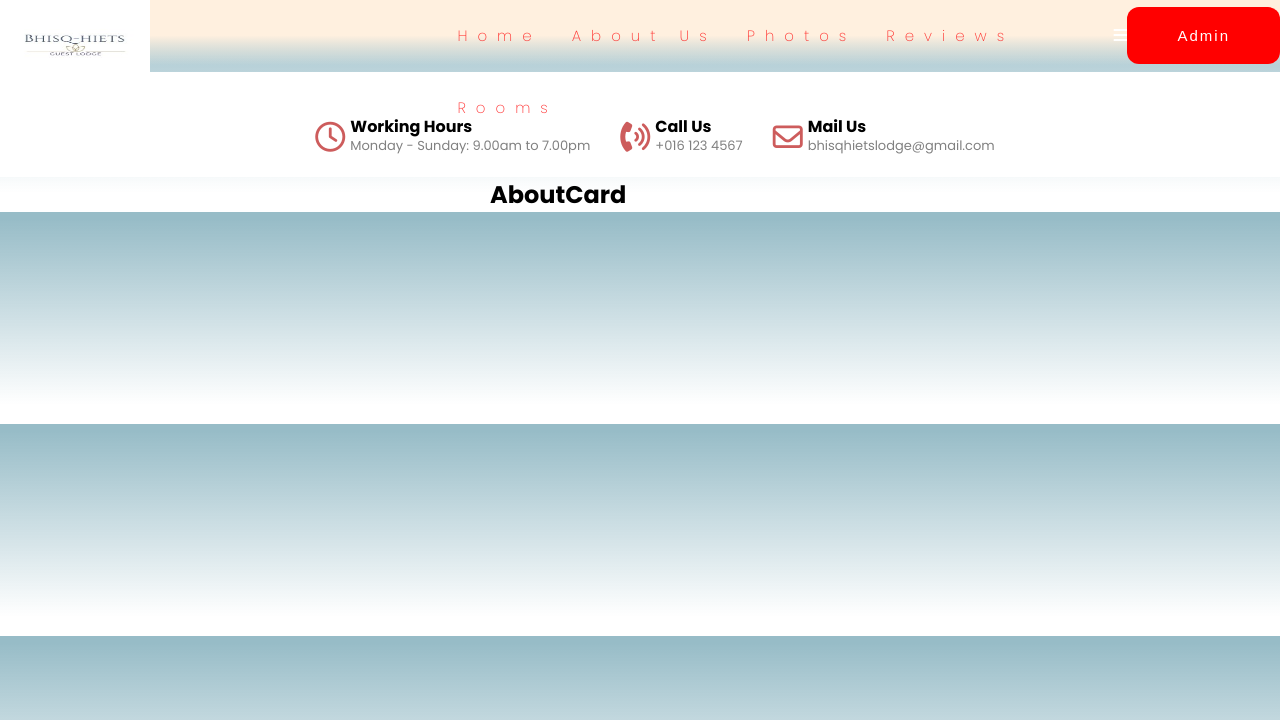
Repository: itadori17/HotelBooking
Page: /about
These files come from the project's save history. The page is drawn as it stood at one moment and after the next save; the edit follows.
The browser window is 1280 px wide. The pictures show the whole page.
Some web libraries are served in a nearby version. The project was rebuilt for these pictures with package versions that can differ from the ones it lists, and the page was loaded fresh each time. Also part of the build but not shown: src/Components/HomeSection/Data.js, src/Components/styles/slide.css, src/Components/HomeSection/Slide.js, src/Components/HomeSection/Hero.js, src/Components/Pages/Home.js, src/Components/Pages/firebase.js, src/Components/Pages/Login.js, src/Components/Pages/Register.js.

Above is the page before, as saved 2022-07-12 11:41:43.

### public/index.html
<!DOCTYPE html>
<html lang="en">
  <head>
    <meta charset="utf-8" />
    <link rel="icon" href="%PUBLIC_URL%/favicon.ico" />
    <meta name="viewport" content="width=device-width, initial-scale=1" />
    <meta name="theme-color" content="#000000" />
    <meta
      name="description"
      content="Web site created using create-react-app"
    />
    <link rel="apple-touch-icon" href="%PUBLIC_URL%/logo192.png" />
    <!--
      manifest.json provides metadata used when your web app is installed on a
      user's mobile device or desktop. See https://developers.google.com/web/fundamentals/web-app-manifest/
    -->
    <link rel="manifest" href="%PUBLIC_URL%/manifest.json" />
    <!--
      Notice the use of %PUBLIC_URL% in the tags above.
      It will be replaced with the URL of the `public` folder during the build.
      Only files inside the `public` folder can be referenced from the HTML.

      Unlike "/favicon.ico" or "favicon.ico", "%PUBLIC_URL%/favicon.ico" will
      work correctly both with client-side routing and a non-root public URL.
      Learn how to configure a non-root public URL by running `npm run build`.
    -->
    <link rel="stylesheet" href="https://use.fontawesome.com/releases/v6.1.1/css/all.css"
    integrity="sha384-/frq1SRXYH/bSyou/HUp/hib7RVN1TawQYja658FEOodR/FQBKVqT9Ol+Oz3Olq5"
    crossorigin="anonymous"/>

    <title>React App</title>
  </head>
  <body>
    <noscript>You need to enable JavaScript to run this app.</noscript>
    <div id="root"></div>
    <!--
      This HTML file is a template.
      If you open it directly in the browser, you will see an empty page.

      You can add webfonts, meta tags, or analytics to this file.
      The build step will place the bundled scripts into the <body> tag.

      To begin the development, run `npm start` or `yarn start`.
      To create a production bundle, use `npm run build` or `yarn build`.
    -->
  </body>
</html>

### src/App.js

import './App.css';
import Home from './Components/Pages/Home';
import Login from './Components/Pages/Login';
import Register from './Components/Pages/Register';
import About from './Components/Pages/About';
import { BrowserRouter as Router,
  Routes,
  Route

  } from "react-router-dom";
import Navbar from './Components/HomeSection/Navbar';

function App() {
  return (

       <div className="app">
      <Router>
        <Navbar />
        <Routes>
          <Route path='/' element={<Login/>}  />
          <Route path='/home' element={<Home/>}/>
          <Route path='/register' element={<Register/>}/>
          <Route path='/about' element={<About/>}/>
        </Routes>
      </Router>
    </div>

  );
}

export default App;

### src/App.css

@import url('https://fonts.googleapis.com/css2?family=Poppins:wght@200;300;400;500;600;700;800;900&display=swap');
*{
  padding: 0;
  margin: 0;
  box-sizing: border-box;
}
body{
  background: linear-gradient(180deg, #97BCC7 3.18%, rgba(5, 61, 87, 0) 90.85%);
  font-family: "Poppins", san;
}

a {
  text-decoration: none;
}
.flex {
  display: flex;
}

.flex_space {
  display: flex;
  justify-content: space-between;
}

.container {
  max-width: 85%;
  margin: auto;
}
li{
  list-style-type: none;
}
button {
  background: none;
  border: none;
  outline: none;
  cursor: pointer;
}
.primary-btn {
  padding: 20px 50px;
  background: #FF0000;
  color: white;
  border-radius: 12px;
  font-weight: 100;
  letter-spacing: 2px;
  transition: 02s;
  font-size: 15px;

}

.primary-btn:hover {
  transition:  05s ease_in ;
  background-color: rgb(151, 4, 248);
}

.control-btn button {
  background-color: rgba(255, 255, 255, 0.3);
  width: 60px;
  height: 60px;
  line-height: 60px;
  text-align: center;
  border-radius: 50%;
  color: white;
  cursor: pointer;
}

.control-btn i {
  background-color: #0f1eec;
  width: 45px;
  height: 45px;
  margin: auto;
  text-align: center;
  display: flex;
  justify-content: center;
  align-items: center;
  border-radius: 50%;
  color: white;
  font-size: 30px;
}

### src/Components/Pages/About.js
import React from 'react'
import AboutCard from "./AboutCard"

const About = () => {
  return (
    <div>
      <section className='about top'>
        <div className='container'>
            <AboutCard/>
            </div>
      </section>
    </div>
  )
}

export default About

### src/Components/HomeSection/Navbar.js
import React, {useState} from 'react'
import { Link } from "react-router-dom"
import "./Navbar.css"
import Logo from "../images/logo.jfif"

const Navbar = () => {
    const [ click, setClick ] = useState(false);

    const handleClick = () => setClick(!click)

    const closeMobileMenu = () => setClick(!click)

  return (
    <div>
    <nav className='navbar'>
        <div className='cotainer flex_space'>

            <div className='logo'>
                <img src={Logo} alt="" width="150" height="90px" />
            </div>

        <ul className={click ? 'nav-menu active' : 'nav-menu'} >

            <li><Link to='/' onClick={closeMobileMenu}>Home</Link></li>
                <li><Link to='/about' onClick={closeMobileMenu}>About Us</Link></li>
                <li><Link to='/photos' onClick={closeMobileMenu}>Photos</Link></li>
                <li><Link to='/reviews' onClick={closeMobileMenu}>Reviews</Link></li>
                <li><Link to='/room' onClick={closeMobileMenu}>Rooms</Link></li>
                </ul>
                <div className='meni_icon'  onClick={handleClick}>
                <i className={click ? 'fa-solid fa-times' : 'fas fa-bars'}></i>
                </div>
            <li>
            <Link to='/admin'>
                    <button className='primary-btn'>Admin</button>
                </Link>
            </li>



        </div>
    </nav>

    <header>
        <div className='contact flex_space'>
            <div className='box flex_space'>
                <div className='icons'>
                    <i className='far fa-clock'></i>
                </div>
                <div className='text'>
                    <h4>Working Hours</h4>
                    <Link to="/contact">Monday - Sunday: 9.00am to 7.00pm</Link>
                </div>
            </div>
            <div className='box flex_space'>
                <div className='icons'>
                    <i className='fas fa-phone-volume'></i>
                </div>
                <div className='text'>
                    <h4>Call Us</h4>
                    <Link to="/contact">+016 123 4567</Link>
                </div>
            </div>
            <div className='box flex_space'>
                <div className='icons'>
                    <i className='far fa-envelope'></i>
                </div>
                <div className='text'>
                    <h4>Mail Us</h4>
                    <Link to="/contact">bhisqhietslodge@gmail.com</Link>
                </div>
            </div>

        </div>
    </header>

   </div>
  )
}

export default Navbar

### src/Components/styles/register.css
.login-page {
    width: 360px;
    padding: 8% 0 0;
    margin: auto;
  }
  .form {
    position: relative;
    z-index: 1;
    background: #FFFFFF;
    max-width: 360px;
    margin: 0 auto 100px;
    padding: 45px;
    text-align: center;
    box-shadow: 0 0 20px 0 rgba(0, 0, 0, 0.2), 0 5px 5px 0 rgba(0, 0, 0, 0.24);
  }
  .form input {
    font-family: "Roboto", sans-serif;
    outline: 0;
    background: #f2f2f2;
    width: 100%;
    border: 0;
    margin: 0 0 15px;
    padding: 15px;
    box-sizing: border-box;
    font-size: 14px;
  }
  .form button {
    font-family: "Roboto", sans-serif;
    text-transform: uppercase;
    outline: 0;
    background: #4CAF50;
    width: 100%;
    border: 0;
    padding: 15px;
    color: #FFFFFF;
    font-size: 14px;
    -webkit-transition: all 0.3 ease;
    transition: all 0.3 ease;
    cursor: pointer;
  }
  .form button:hover,.form button:active,.form button:focus {
    background: #43A047;
  }
  .form .message {
    margin: 15px 0 0;
    color: #b3b3b3;
    font-size: 12px;
  }
  .form .message a {
    color: #4CAF50;
    text-decoration: none;
  }
  .form .message a:hover {
    text-decoration: underline;
  }
  .form .register-form {
    display: none;
  }
  .container {
    position: relative;
    z-index: 1;
    max-width: 300px;
    margin: 0 auto; }

### src/Components/Pages/AboutCard.js
import React from 'react'

const AboutCard = () => {
  return (
    <div>
      <h1>AboutCard</h1>
    </div>
  )
}

export default AboutCard

### src/Components/HomeSection/Navbar.css
.navbar{
    background: linear-gradient(180deg, #FFF0DF 49.18%, rgba(240, 201, 179, 0) 90.72%);
    position: sticky;
    top:0;
    z-index: 10;
    height: 10vh;
    line-height: 10vh;
}

.logo{
    width:500px;
    height:600px;
}

nav ul li{
    display: inline-block;
    transition: all 0.2s ease_in;
    margin: 0 30px 0 0;
}

nav ul li a{
    color: rgb(255, 7, 7);
    font-weight: 100;
    font-size: 15px;
    letter-spacing: 10px;
    transition: all 0.5s ease-in-out;
    opacity: 0.8;
}

nav ul li a:hover{
    color: dodgerblue;
}
.nav-links-mobile{
    display: none;
}
.menu-icon {
    display: none;
}
nav i {
    color: #fff;
}

.primary-btn {
    padding: 20px 50px;
    background: #FF0000;
    color: white;
    border-radius: 12px;
    font-weight: 100;
    letter-spacing: 2px;
    transition: 02s;
    font-size: 15px;

  }

  .primary-btn:hover {
    transition:  05s ease_in ;
    background-color: rgb(151, 4, 248);
  }
  .login-area a {
    font-weight: 100;
    opacity: 0.8;
    font-size: 13px;
  }


@media screen and (max-width:768px) {
    .navbar{
        text-align: center;
    }
    nav ul{
        display: block;
        width: 100%;
        height: 90vh;
        position: absolute;
        top: 80px;
        left: -100%;
        opacity: 1;
        transition: all 0.5s ease;
    }
    nav ul li{
        display: block;
    }

    nav ul.active {
        background-color: #a3a2a2;
        left:0;
        opacity: 1;
        transition: 0.5s;
        z-index: 100;
    }

    nav ul li a {
        font-weight: 400;
    }

    .menu-icon {
        display: block;
        position: absolute;
        top:0;
        left: 20px;
        font-size: 1.8rem;
        cursor: pointer;
    }
    .fa-times{
        font-size: 2rem;
    }
}

header {
    padding: 40px 0 20px 0;
    background-color: #fff;

}

header .box{
    margin: 0 0 0 30px;
}

header a{
    font-size: 13px;
    color: grey;
}
header i{
    font-size: 40px;
    color: indianred;
    margin-right: 15px;
}

header .text {
    margin-top: 10px;
}

header h4 {
    line-height: 10px;
}



@media screen and (max-width:768px) {
    header .container{
        flex-direction: column;
        justify-content: center;
        align-items: center;
    }
}
header .contact {
    justify-content: center;
    align-items: center;
}
header a {
    font-size: 13px;
}
header i{
    font-size: 30px;
    margin-right: 5px;
    margin-top: 10px;
}

Loaded but not shown: src/index.js (common file); src/index.css (common file); src/reportWebVitals.js (common file)

After the next save:
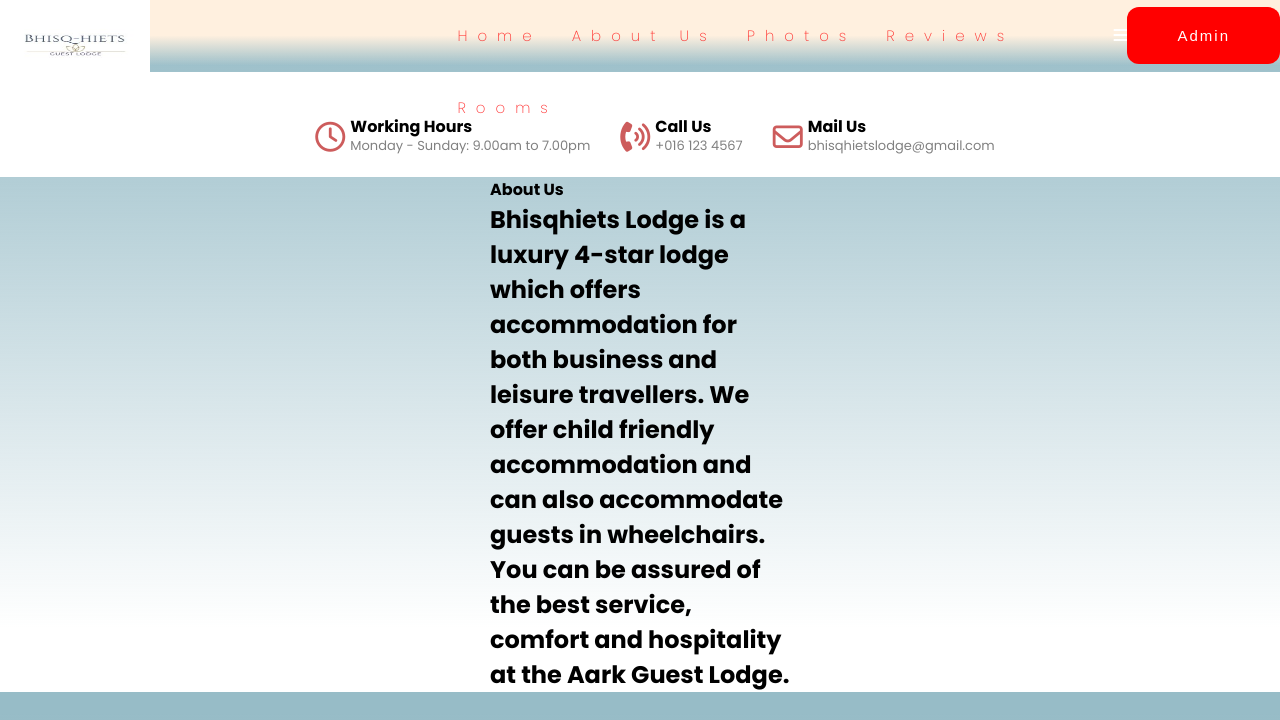
Saved 3 min 56 s later.
--- a/src/Components/Pages/AboutCard.js
+++ b/src/Components/Pages/AboutCard.js
@@ -2,9 +2,18 @@
 
 const AboutCard = () => {
   return (
-    <div>
-      <h1>AboutCard</h1>
-    </div>
+    <>
+      <div className='aboutCard mtop flex_space'>
+        <div className='row row1'>
+            <h4>About Us</h4>
+            <h1>
+            Bhisqhiets Lodge is a luxury 4-star lodge which offers accommodation for both business and leisure travellers.
+            We offer child friendly accommodation and can also accommodate guests in wheelchairs.
+            You can be assured of the best service, comfort and hospitality at the Aark Guest Lodge.
+            </h1>
+        </div>
+      </div>
+    </>
   )
 }
 
